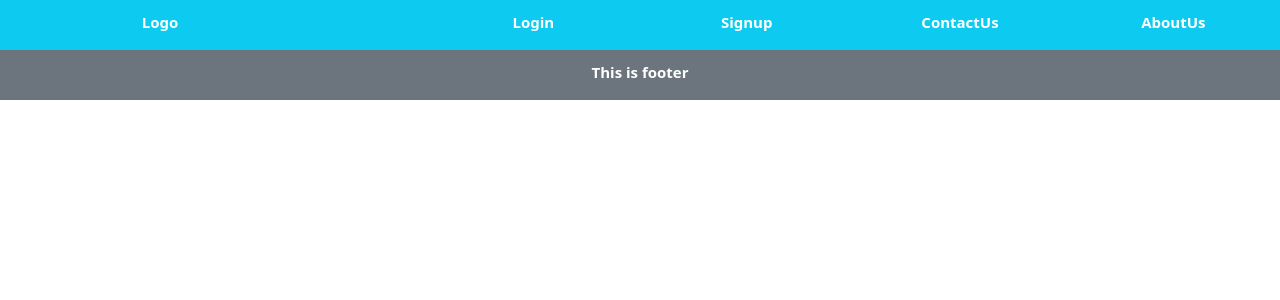
Repository: vishalsin888/J2EE-
Page: http://localhost/JSPE2E/
An editor plug-in stored every save of this project. The page is shown before and after the next save, followed by the edit.
The browser window is 1280 px wide. The pictures show the whole page.
The page is served by Tomcat 9.

Above is the page before, as saved 2022-10-28 10:41:34.

### JSPE2E/src/main/webapp/index.jsp
<%@ page language="java" contentType="text/html; charset=ISO-8859-1"
    pageEncoding="ISO-8859-1"%>
<!DOCTYPE html>
<html>
<head>
<meta charset="ISO-8859-1">
<title>Insert title here</title>
</head>
<body>
<jsp:include page="header.jsp"></jsp:include>
 <div class="container-fluid">

</div>
<jsp:include page="footer.jsp"></jsp:include>
</body>
</html>

### JSPE2E/src/main/webapp/header.jsp
<!DOCTYPE html>
<html lang="en">

<head>
    <meta charset="UTF-8">
    <meta http-equiv="X-UA-Compatible" content="IE=edge">
    <meta name="viewport" content="width=device-width, initial-scale=1.0">
    <title>Document</title>
    <link href="https://cdn.jsdelivr.net/npm/bootstrap@5.2.2/dist/css/bootstrap.min.css" rel="stylesheet">
    <style>
        .my-lineheight{
            line-height: 3;
            color: white;
            font-size: 15px;
            font-weight: 700;
        }
    </style>
</head>

<body>
    <div class="container-fluid bg-info" style="position: sticky;top: 0px;">
        <div class="row" style="height:50px;">
            <div class="col-3 text-center my-lineheight">Logo</div>
            <div class="col-1"></div>
            <div class="col-2 text-center my-lineheight">Login</div>
            <div class="col-2 text-center my-lineheight">Signup</div>
            <div class="col-2 text-center my-lineheight">ContactUs</div>
            <div class="col-2 text-center my-lineheight">AboutUs</div>
        </div>
    </div>
    <script src="https://cdn.jsdelivr.net/npm/bootstrap@5.2.2/dist/js/bootstrap.bundle.min.js"></script>
</body>

</html>

### JSPE2E/src/main/webapp/footer.jsp
<%@ page language="java" contentType="text/html; charset=ISO-8859-1"
    pageEncoding="ISO-8859-1"%>
<!DOCTYPE html>
<html>
<head>
<meta charset="ISO-8859-1">
<title>Insert title here</title>
</head>
<body>
 <div class="container-fluid bg-secondary">
    <div class="row" style="height:50px">
        <div class="col-12 text-center my-lineheight">This is footer</div>
    </div>
 </div>
</body>
</html>

After the next save:
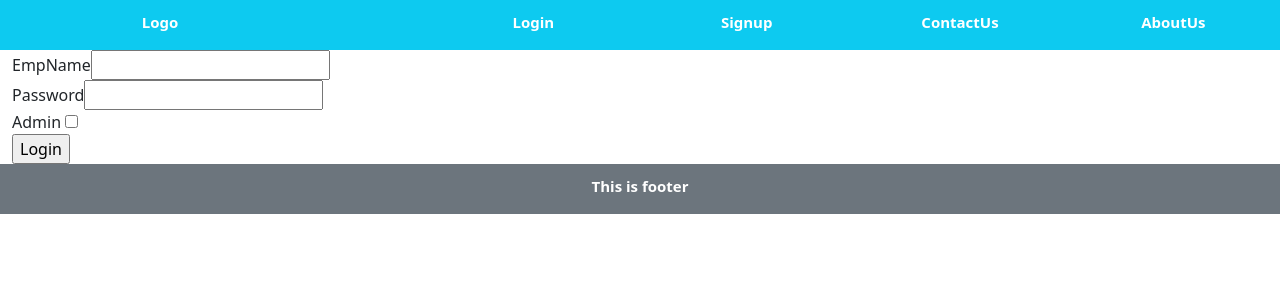
Saved 2 min 13 s later.
--- a/JSPE2E/src/main/webapp/index.jsp
+++ b/JSPE2E/src/main/webapp/index.jsp
@@ -9,7 +9,21 @@
 <body>
 <jsp:include page="header.jsp"></jsp:include>
  <div class="container-fluid">
-
+    <form action="login" method="get">
+		<div>
+			<span>EmpName</span><input type="text" name="empName">
+		</div>
+		<div>
+			<span>Password</span><input type="password" name="password">
+		</div>
+		<div>
+			<span>Admin </span>
+			<input type="checkbox" value="Admin" name="role">
+		</div>
+		<div>
+			<input type="submit" value="Login">
+		</div>
+	</form>
 </div>
 <jsp:include page="footer.jsp"></jsp:include>
 </body>
